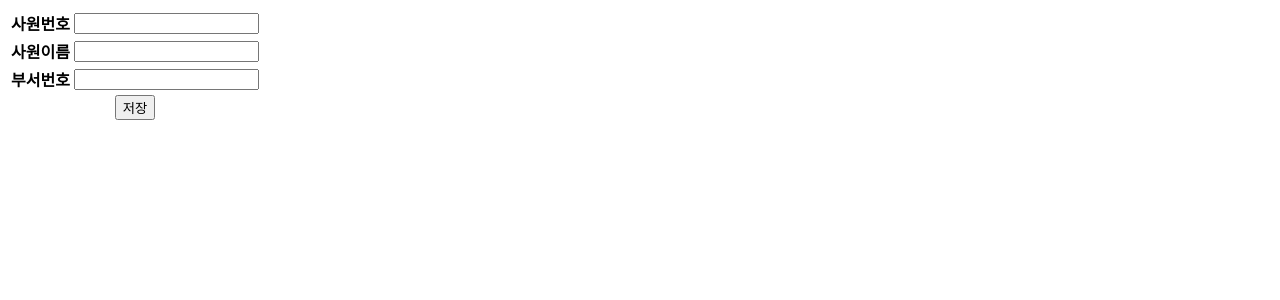
Repository: jjjooosss/-
Page: http://localhost/egov_test_emp/emp/empUpdate.jsp
The author's editor kept a copy of each file at every save. The page is drawn from the files as they stood at one save, then again after the next save.
The browser window is 1280 px wide. The pictures show the whole page.
The page is served by Tomcat 9. Other server files are loaded and not shown.

Above is the page before, as saved 2023-07-17 01:13:17.

### egov_test_emp/src/main/webapp/emp/empUpdate.jsp
<%@ page language="java" contentType="text/html; charset=UTF-8"
	pageEncoding="UTF-8"%>
<!DOCTYPE html>
<html>
<head>
<meta charset="UTF-8">
<title>Insert title here</title>
</head>
<body>
	<form action="empWriteSave.do" method="post">
		<table>
			<tr>
				<th>사원번호</th>
				<td><input type="text" name="empno"></td>
			</tr>
			<tr>
				<th>사원이름</th>
				<td><input type="text" name="ename"></td>
			</tr>
			<tr>
				<th>부서번호</th>
				<td><input type="text" name="deptno"></td>
			</tr>
			<tr align="center">
				<td colspan="2">
					<button type="submit">저장
				</td>
			</tr>
		</table>
	</form>
</body>
</html>

After the next save:
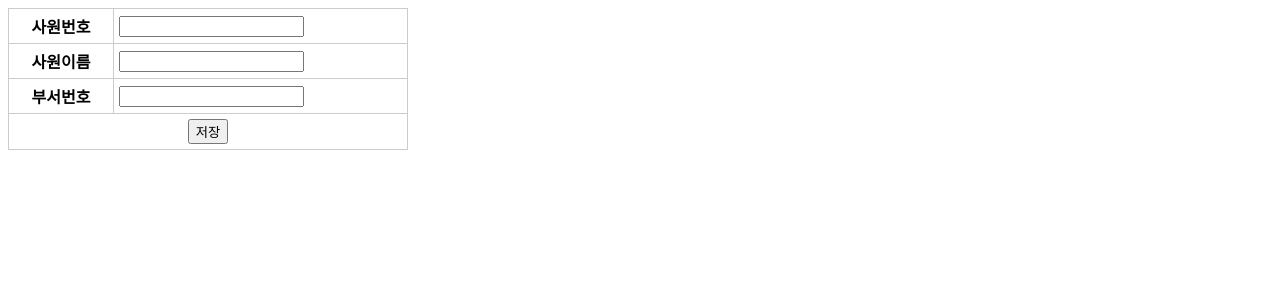
Saved 4 min 18 s later.
--- a/egov_test_emp/src/main/webapp/emp/empUpdate.jsp
+++ b/egov_test_emp/src/main/webapp/emp/empUpdate.jsp
@@ -5,6 +5,16 @@
 <head>
 <meta charset="UTF-8">
 <title>Insert title here</title>
+	<style type="text/css">
+		table{
+			width: 400px;
+			border-collapse: collapse;
+		}
+		th, td{
+			border: 1px solid #cccccc;
+			padding: 5px;
+		}
+	</style>
 </head>
 <body>
 	<form action="empWriteSave.do" method="post">
